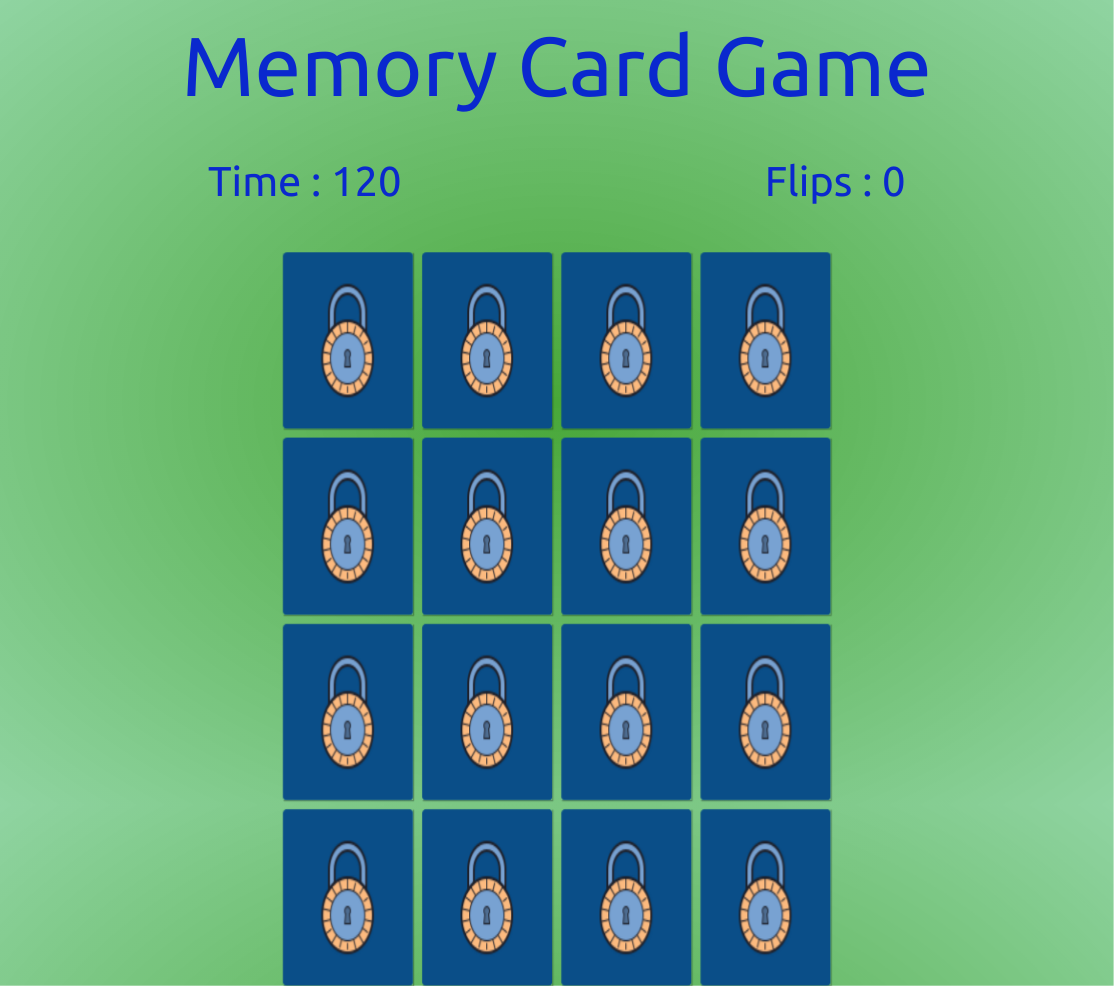
Repository: claudiadanaila1/Project-2--Interactive-FrontEnd---Memory-game
Page: index.html
The author's editor kept a record of every edit. The page is drawn from the files as they stood at one moment, then again after the next edit.
The browser window is 1280 px wide. The pictures show the whole page, at 87% of full size.

Above is the page before.

### index.html
<!DOCTYPE html>
<html lang="en">
<head>
    <meta charset="UTF-8">
    <meta name="viewport" content="width=device-width, initial-scale=1.0">
    <meta http-equiv="X-UA-Compatible" content="ie=edge">
    <link rel="stylesheet" href="css/style.css" type="text/css" />
    <title>Memory Card Game</title>
</head>
<body>
    <h1 class="title">Memory Card Game</h1>

    <div class="game-info-container">
      <div class="game-info">
        Time : <span id="time-remaining">120</span>
      </div>
      <div class="game-info">
        Flips : <span id="flips">0</span>
      </div>
    </div>

  <section class="memory-game">
      <div class="memory-card">
          <img class="card-front" src="assets/images/jelly1.jpg" alt="jelly-fish"/>
          <img class="card-back"  src="assets/images/icon8-lock.png" alt="lock" />
      </div>
      <div class="memory-card">
          <img class="card-front" src="assets/images/jelly1.jpg" alt="jelly-fish"/>
          <img class="card-back"  src="assets/images/icon8-lock.png" alt="lock" />
      </div>
      <div class="memory-card">
          <img class="card-front" src="assets/images/jelly2.jpg" alt="jelly-fish"/>
          <img class="card-back"  src="assets/images/icon8-lock.png" alt="lock" />
      </div>
      <div class="memory-card">
          <img class="card-front" src="assets/images/jelly2.jpg" alt="jelly-fish"/>
          <img class="card-back"  src="assets/images/icon8-lock.png" alt="lock" />
      </div>
      <div class="memory-card">
          <img class="card-front" src="assets/images/jelly3.jpg" alt="jelly-fish"/>
          <img class="card-back"  src="assets/images/icon8-lock.png" alt="lock" />
      </div>
      <div class="memory-card">
          <img class="card-front" src="assets/images/jelly3.jpg" alt="jelly-fish"/>
          <img class="card-back"  src="assets/images/icon8-lock.png" alt="lock" />
      </div>
      <div class="memory-card">
          <img class="card-front" src="assets/images/jelly4.jpg" alt="jelly-fish"/>
          <img class="card-back"  src="assets/images/icon8-lock.png" alt="lock" />
      </div>
      <div class="memory-card">
          <img class="card-front" src="assets/images/jelly4.jpg" alt="jelly-fish"/>
          <img class="card-back"  src="assets/images/icon8-lock.png" alt="lock" />
      </div>
      <div class="memory-card">
          <img class="card-front" src="assets/images/jelly5.jpg" alt="jelly-fish"/>
          <img class="card-back"  src="assets/images/icon8-lock.png" alt="lock" />
      </div>
      <div class="memory-card">
          <img class="card-front" src="assets/images/jelly5.jpg" alt="jelly-fish"/>
          <img class="card-back"  src="assets/images/icon8-lock.png" alt="lock" />
      </div>
      <div class="memory-card">
          <img class="card-front" src="assets/images/jelly6.jpg" alt="jelly-fish"/>
          <img class="card-back"  src="assets/images/icon8-lock.png" alt="lock" />
      </div>
      <div class="memory-card">
          <img class="card-front" src="assets/images/jelly6.jpg" alt="jelly-fish"/>
          <img class="card-back"  src="assets/images/icon8-lock.png" alt="lock" />
      </div>
      <div class="memory-card">
          <img class="card-front" src="assets/images/jelly7.jpg" alt="jelly-fish"/>
          <img class="card-back"  src="assets/images/icon8-lock.png" alt="lock" />
      </div>
       <div class="memory-card">
          <img class="card-front" src="assets/images/jelly7.jpg" alt="jelly-fish"/>
          <img class="card-back"  src="assets/images/icon8-lock.png" alt="lock" />
      </div>
      <div class="memory-card">
          <img class="card-front" src="assets/images/jelly8.jpg" alt="jelly-fish"/>
          <img class="card-back"  src="assets/images/icon8-lock.png" alt="lock" />
      </div>
      <div class="memory-card">
          <img class="card-front" src="assets/images/jelly8.jpg" alt="jelly-fish"/>
          <img class="card-back"  src="assets/images/icon8-lock.png" alt="lock" />
      </div>

  </section>

</body>
</html>

### css/style.css
@import url('https://fonts.googleapis.com/css?family=Ubuntu&display=swap');

* {
    padding: 0;
    margin: 0;
    box-sizing: border-box;
}

html {
   min-height: 100vh;
    display: flex;
    background:radial-gradient(#48a738, #76ca8ccf);
}

body{
    margin:auto;
    justify-content:center;
}

.title {
    font-family:"Ubuntu", sans-serif;
    font-size: 6em;
    text-align: center;
    font-weight: normal;
    color:#0a28ce;
    margin:20px;
}

.game-info-container {
    grid-column: 1/-1;
    justify-content: space-between;
    display: flex;
    margin:50px;
}

.game-info {
    font-family: "Ubuntu", sans-serif;
    font-size:3em;
    color:#0a28ce;
}

.memory-game {
    height:640px;
    width:640px;
    display:flex;
    flex-wrap: wrap;
    perspective:1000px;
    margin:auto;
}

.memory-card {
  width: calc(25% - 10px);
  height: calc(33.333% - 10px);
  margin: 5px;
  position: relative;
  transform: scale(1);
  transform-style: preserve-3d;
  transition: transform .5s;
  box-shadow: 1px 1px 1px rgba(0,0,0,.3);
}

.memory-card:active {
  transform: scale(0.96);
  transition: transform .3s;
}

.memory-card.flip {
  transform: rotateY(180deg);
}

.card-front,
.card-back {
  width: 100%;
  height: 100%;
  padding: 20px;
  position: absolute;
  border-radius: 5px;
  background: #0a4e88;
  backface-visibility: hidden;
}

.card-front {
  transform: rotateY(180deg);
}

After the next edit:
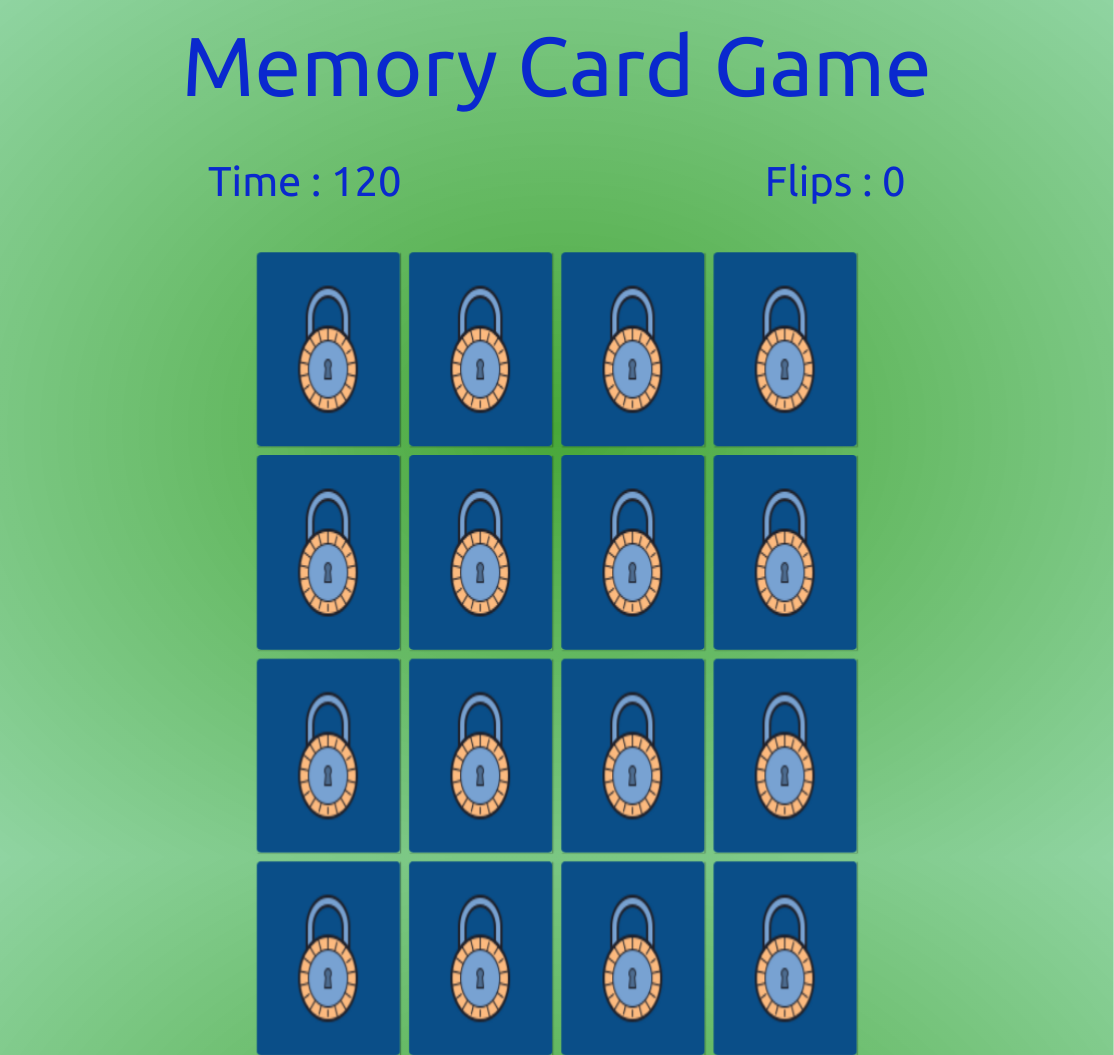
The edit:
--- a/css/style.css
+++ b/css/style.css
@@ -40,8 +40,8 @@
 }
 
 .memory-game {
-    height:640px;
-    width:640px;
+    height:700px;
+    width:700px;
     display:flex;
     flex-wrap: wrap;
     perspective:1000px;
